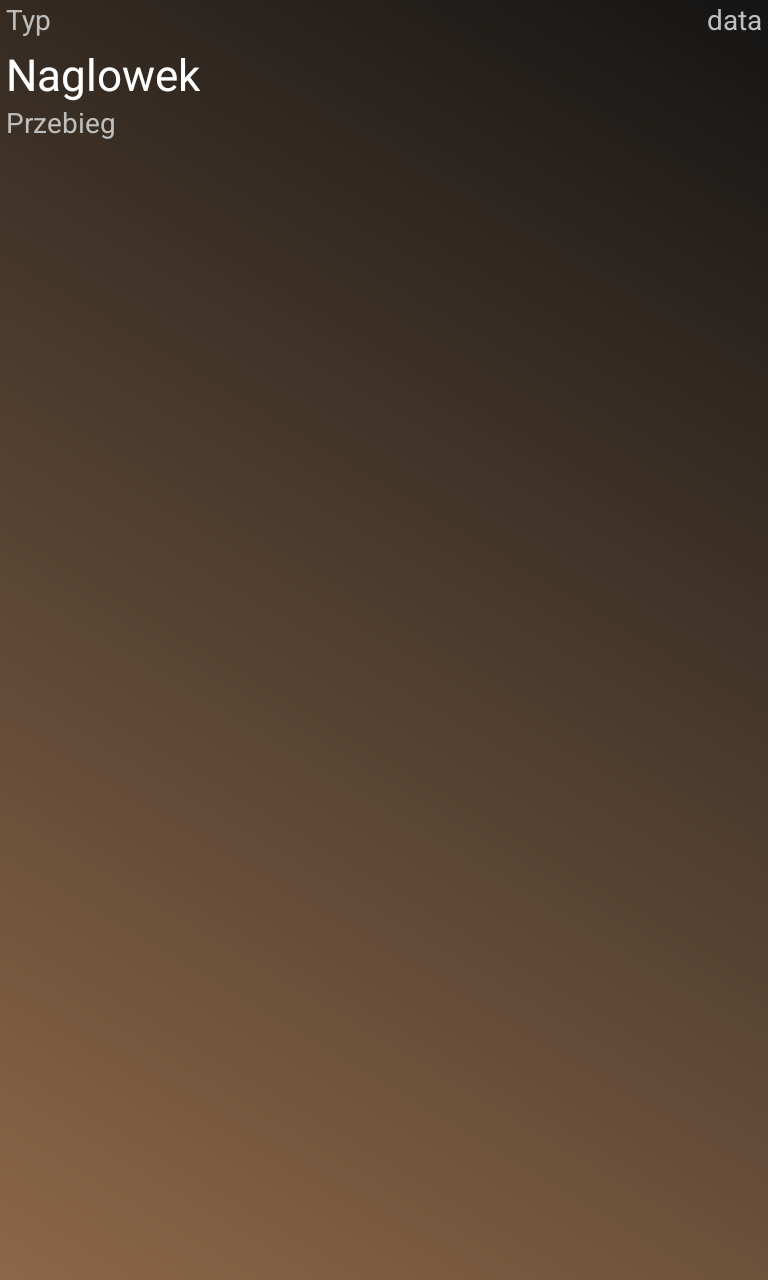
Repository: yoszka/test
Layout: Car_servActivity/res/layout/list_item.xml
An editor plug-in stored every save of this project. The layout is shown before and after the next save, followed by the edit.
It is drawn on a 768 x 1280 px phone screen (xhdpi) without system bars, with theme android:Theme; the app's code is not run.

Above is the layout before, as saved 2012-09-06 20:43:50.

After the next save:
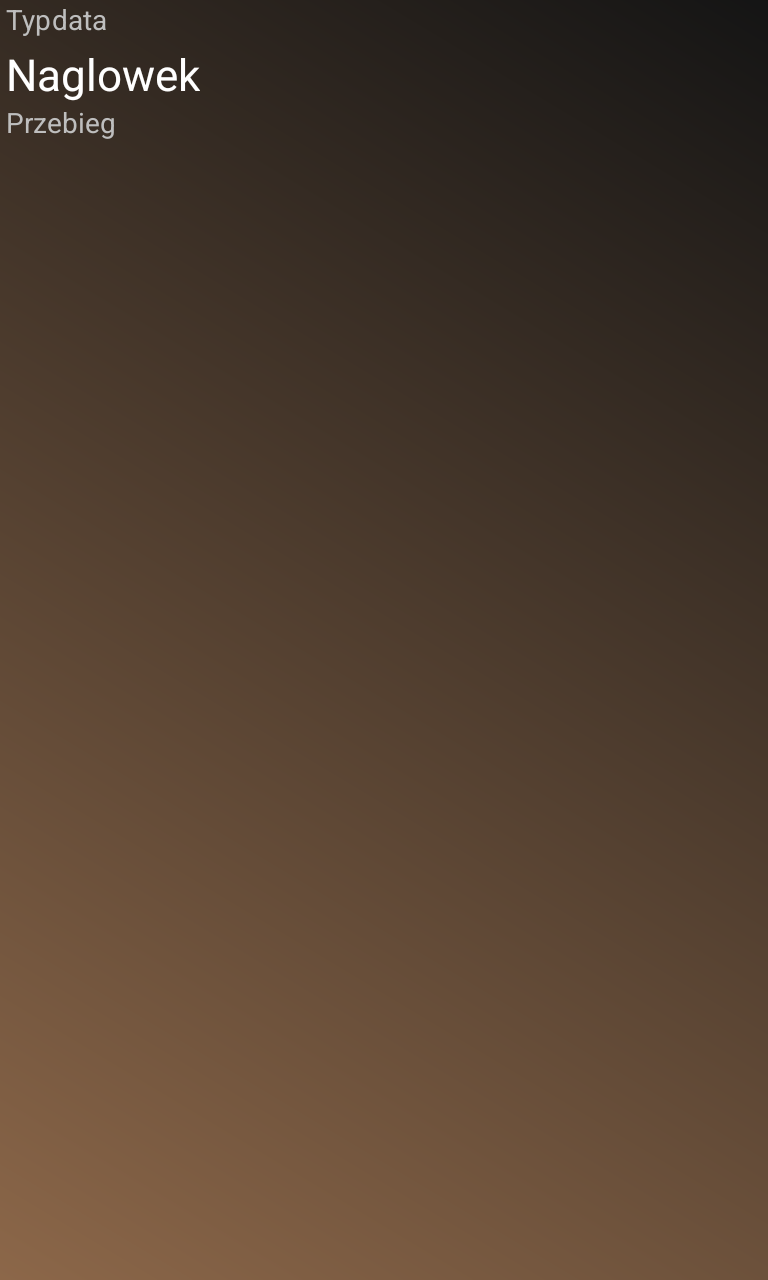
Saved 57 s later.
--- a/Car_servActivity/res/layout/list_item.xml
+++ b/Car_servActivity/res/layout/list_item.xml
@@ -25,7 +25,7 @@
 
         <TextView
             android:id="@+id/textViewDate"
-            android:layout_width="match_parent"
+            android:layout_width="wrap_content"
             android:layout_height="wrap_content"
             android:layout_gravity="right"
             android:gravity="right"
